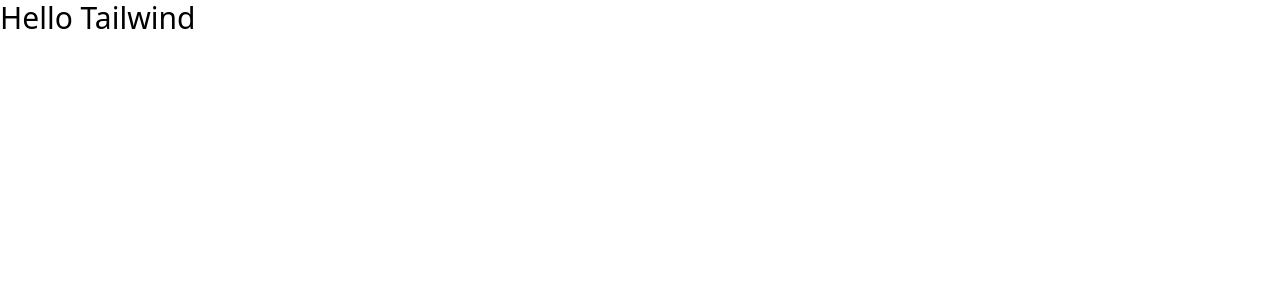
Repository: techieRahul17/blackoutscreen
Page: public/admin1.html
These files come from the project's save history. The page is drawn as it stood at one moment and after the next save; the edit follows.
The browser window is 1280 px wide. The pictures show the whole page.
Some web libraries are served in a nearby version.

Above is the page before, as saved 2025-08-28 19:10:16.

After the next save:
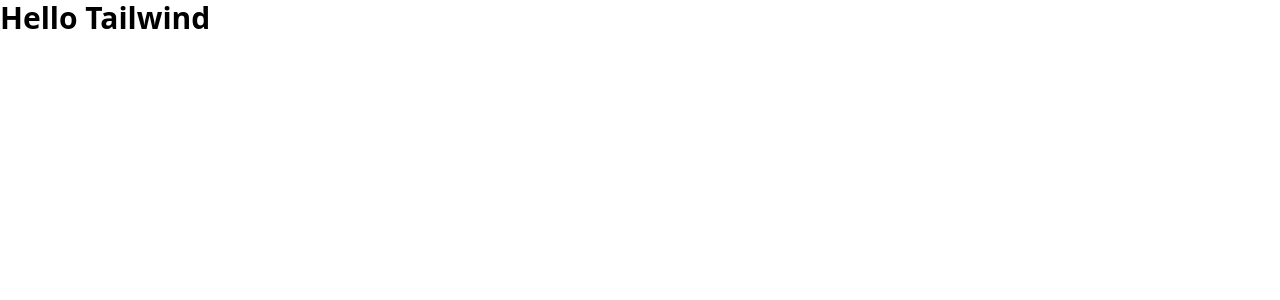
Saved 21 s later.
--- a/public/admin1.html
+++ b/public/admin1.html
@@ -5,7 +5,7 @@
     <script src="https://cdn.tailwindcss.com"></script>
     <div>
       <div className="w-96 h-40">
-       <h1 class="text-3xl ">Hello Tailwind</h1>
+       <h1 class="text-3xl font-bold">Hello Tailwind</h1>
 
     </div>
 
